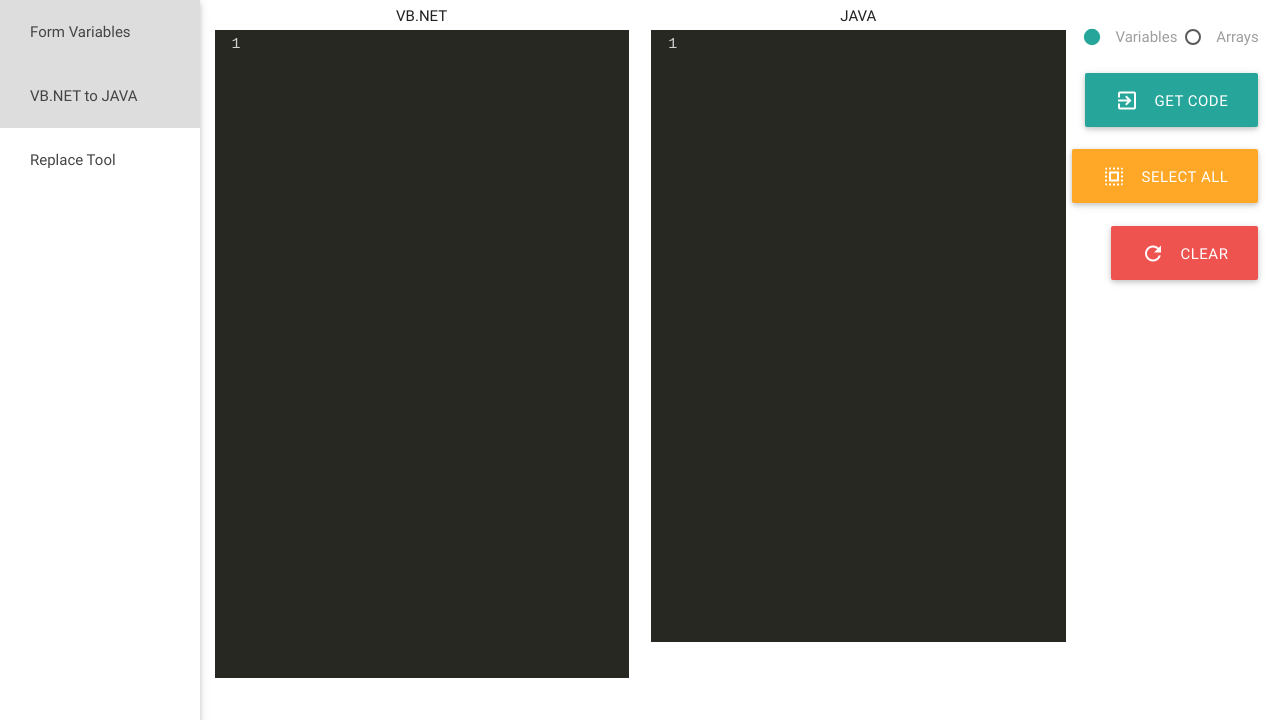
Repository: heyvin/heyvin-tools
Page: http://localhost/tools/convertparams.php
The author's editor kept a record of every edit. The page is drawn from the files as they stood at one moment, then again after the next edit.
The browser window is 1280 px wide. The pictures show the whole page.
The page is run by PHP 8.4 with error messages shown; the project is at /var/www/html/.

Above is the page before.

### tools/convertparams.php
<html>
<head>
	<title>Heyvin's Tools</title>
	<script src="/js/jquery-1.11.2.min.js"></script>
	<link rel="stylesheet" href="/css/materialize.css">
	<!-- CodeMirror Dependencies -->
	<script src="codemirror/lib/codemirror.js"></script>
	<link rel="stylesheet" href="codemirror/lib/codemirror.css">
	<link rel="stylesheet" href="codemirror/theme/monokai.css"></link>
	<script src="codemirror/mode/vb/vb.js"></script>
	<script src="codemirror/mode/clike/clike.js"></script>
	<style>
		.control-wrapper {
			position: relative;
			text-align: right;
			margin-top: 25px;
		}
	</style>
	<script type="text/javascript" src="/js/materialize.js"></script>
	<script type="text/javascript" src="/js/common.js"></script>
</head>
<body>
	<div class="container">
		<header>
			<?php include 'sidebar.php'; ?>
		</header>
		<form id="myForm" method="post">
			<div class="row">
				<div class="col s2 offset-s8 control-wrapper pinned">
					<div class="rdo-container">
						<input type="radio" id="rdoVar" name="rdoButton" checked />
						<label for="rdoVar">Variables</label>
						<input type="radio" id="rdoArr" name="rdoButton" />
						<label for="rdoArr">Arrays</label>
					</div>
					<div class="button-container">
						<br>
						<a href="#" id="btnSubmit" class="waves-effect waves-light btn-large"><i class="mdi-action-exit-to-app left"></i>GET CODE</a>
						<br><br>
						<a href="#" id="btnSelAll" class="waves-effect waves-light btn-large orange lighten-1"><i class="mdi-content-select-all left"></i>SELECT ALL</a>
						<br><br>
						<a href="#" id="btnClear" class="waves-effect waves-light btn-large red lighten-1"><i class="mdi-navigation-refresh left"></i>CLEAR</a>
					</div>
				</div>
				<div class="col s6">
					<div align="center"><h6>VB.NET</h6></div>
					<textarea id="txtVb"></textarea>
				</div>
				<div class="col s6">
					<div align="center"><h6>JAVA</h6></div>
					<textarea id="txtJava"></textarea>
				</div>
			</div>
		</form>
		<script type="text/javascript">
			$(document).ready(function(){

				// CodeMirror
				var cmVb = CodeMirror.fromTextArea(document.getElementById("txtVb"), {
					indentUnit: 4,
					lineWrapping: false,
					lineNumbers: true,
					mode: "vb",
					theme: "monokai"
				});
				cmVb.setSize("100%", "90%");
				var cmJava = CodeMirror.fromTextArea(document.getElementById("txtJava"), {
					indentUnit: 4,
					lineWrapping: false,
					lineNumbers: true,
					mode: "text/x-java",
					readOnly: true,
					theme: "monokai"
				});
				cmJava.setSize("100%", "85%");

				setActive("#convertparams");

				$('.control-wrapper .row').pushpin({ top: $('.control-wrapper').offset().top });

				$("#btnSubmit").click(function() {

					var input = cmVb.getValue();
					var lines = input.split('\n');
					var types = []; // variable type
					var variables = []; // variable name
					var flg_class = []; // whether the variable type is a new class or not

					for(var i = 0; i < lines.length; i++) {

						flg_class[i] = false;
						lines[i] = lines[i].trim();
						if(lines[i][0] == 'P') {

							// search for type declaration in VB, if equivalence's not found, consider it as a new class
							if(lines[i].search("String") != -1) {
								types.push("String");
							} else if(lines[i].search("Long") != -1) {
								types.push("int");
							} else if(lines[i].search("Integer") != -1) {
								types.push("int");
							} else if(lines[i].search("Decimal") != -1) {
								types.push("float");
							} else if(lines[i].search("Boolean") != -1) {
								types.push("boolean");
							} else {
								types.push(lines[i].substring(lines[i].lastIndexOf(" ") + 1));
								flg_class[i] = true;
							}

							// clear head and tail to get variable name only
							lines[i] = lines[i].replace("Public ", "");
							lines[i] = lines[i].slice(0, lines[i].indexOf(" "));

							if(flg_class[i] == false) {

								// if variable type is available in Java
								if(lines[i] == lines[i].toUpperCase()) {

									variables.push(lines[i].toLowerCase());

								} else {

									for(var x = 1; x < lines[i].length; x++) {
										if(lines[i].charAt(x) == lines[i].charAt(x).toUpperCase()) {
											lines[i] = lines[i].slice(0, x) + "_" + lines[i].slice(x);
											x++;
										}
									}
									variables.push(lines[i].toLowerCase());

								}

							} else {

								// if variable type is a new class
								variables.push(lines[i]);

							}

						}

					}

					// concat type + name to create declaration code in Java
					var textToPrint = "";
					for(var i = 0; i < types.length; i++) {
						textToPrint += types[i] + " " + variables[i] + ";" + "\n";
					}
					cmJava.setValue(textToPrint);

				});

				$("#btnClear").click(function() {
					cmVb.setValue("");
					cmJava.setValue("");
				});

				$("#btnSelAll").click(function() {
					cmJava.execCommand("selectAll");
					cmJava.focus();
				});

			});

		</script>
	</div>
</body>
</html>

### tools/sidebar.php
<?php

    echo("

        <ul id='left-nav' class='side-nav fixed' style='width: 200px;'>
        	<li id='formvars' class='bold'>
        		<a href='formvars.php' class='waves-effect waves-teal'>Form Variables</a>
        	</li>
        	<li id='convertparams' class='bold'>
        		<a href='convertparams.php' class='waves-effect waves-teal'>VB.NET to JAVA</a>
        	</li>
        	<li id='replacetool' class='bold'>
        		<a href='replacetool.php' class='waves-effect waves-teal'>Replace Tool</a>
        	</li>
        </ul>

    ");

?>

### tools/codemirror/theme/monokai.css
/* Based on Sublime Text's Monokai theme */

.cm-s-monokai.CodeMirror {background: #272822; color: #f8f8f2;}
.cm-s-monokai div.CodeMirror-selected {background: #49483E !important;}
.cm-s-monokai.CodeMirror ::selection { background: rgba(73, 72, 62, .99); }
.cm-s-monokai.CodeMirror ::-moz-selection { background: rgba(73, 72, 62, .99); }
.cm-s-monokai .CodeMirror-gutters {background: #272822; border-right: 0px;}
.cm-s-monokai .CodeMirror-guttermarker { color: white; }
.cm-s-monokai .CodeMirror-guttermarker-subtle { color: #d0d0d0; }
.cm-s-monokai .CodeMirror-linenumber {color: #d0d0d0;}
.cm-s-monokai .CodeMirror-cursor {border-left: 1px solid #f8f8f0 !important;}

.cm-s-monokai span.cm-comment {color: #75715e;}
.cm-s-monokai span.cm-atom {color: #ae81ff;}
.cm-s-monokai span.cm-number {color: #ae81ff;}

.cm-s-monokai span.cm-property, .cm-s-monokai span.cm-attribute {color: #a6e22e;}
.cm-s-monokai span.cm-keyword {color: #f92672;}
.cm-s-monokai span.cm-string {color: #e6db74;}

.cm-s-monokai span.cm-variable {color: #f8f8f2;}
.cm-s-monokai span.cm-variable-2 {color: #9effff;}
.cm-s-monokai span.cm-variable-3 {color: #66d9ef;}
.cm-s-monokai span.cm-def {color: #fd971f;}
.cm-s-monokai span.cm-bracket {color: #f8f8f2;}
.cm-s-monokai span.cm-tag {color: #f92672;}
.cm-s-monokai span.cm-header {color: #ae81ff;}
.cm-s-monokai span.cm-link {color: #ae81ff;}
.cm-s-monokai span.cm-error {background: #f92672; color: #f8f8f0;}

.cm-s-monokai .CodeMirror-activeline-background {background: #373831 !important;}
.cm-s-monokai .CodeMirror-matchingbracket {
  text-decoration: underline;
  color: white !important;
}

### tools/codemirror/mode/vb/vb.js
// CodeMirror, copyright (c) by Marijn Haverbeke and others
// Distributed under an MIT license: http://codemirror.net/LICENSE

(function(mod) {
  if (typeof exports == "object" && typeof module == "object") // CommonJS
    mod(require("../../lib/codemirror"));
  else if (typeof define == "function" && define.amd) // AMD
    define(["../../lib/codemirror"], mod);
  else // Plain browser env
    mod(CodeMirror);
})(function(CodeMirror) {
"use strict";

CodeMirror.defineMode("vb", function(conf, parserConf) {
    var ERRORCLASS = 'error';

    function wordRegexp(words) {
        return new RegExp("^((" + words.join(")|(") + "))\\b", "i");
    }

    var singleOperators = new RegExp("^[\\+\\-\\*/%&\\\\|\\^~<>!]");
    var singleDelimiters = new RegExp('^[\\(\\)\\[\\]\\{\\}@,:`=;\\.]');
    var doubleOperators = new RegExp("^((==)|(<>)|(<=)|(>=)|(<>)|(<<)|(>>)|(//)|(\\*\\*))");
    var doubleDelimiters = new RegExp("^((\\+=)|(\\-=)|(\\*=)|(%=)|(/=)|(&=)|(\\|=)|(\\^=))");
    var tripleDelimiters = new RegExp("^((//=)|(>>=)|(<<=)|(\\*\\*=))");
    var identifiers = new RegExp("^[_A-Za-z][_A-Za-z0-9]*");

    var openingKeywords = ['class','module', 'sub','enum','select','while','if','function',  'get','set','property', 'try'];
    var middleKeywords = ['else','elseif','case', 'catch'];
    var endKeywords = ['next','loop'];

    var operatorKeywords = ['and', 'or', 'not', 'xor', 'in'];
    var wordOperators = wordRegexp(operatorKeywords);
    var commonKeywords = ['as', 'dim', 'break',  'continue','optional', 'then',  'until',
                          'goto', 'byval','byref','new','handles','property', 'return',
                          'const','private', 'protected', 'friend', 'public', 'shared', 'static', 'true','false'];
    var commontypes = ['integer','string','double','decimal','boolean','short','char', 'float','single'];

    var keywords = wordRegexp(commonKeywords);
    var types = wordRegexp(commontypes);
    var stringPrefixes = '"';

    var opening = wordRegexp(openingKeywords);
    var middle = wordRegexp(middleKeywords);
    var closing = wordRegexp(endKeywords);
    var doubleClosing = wordRegexp(['end']);
    var doOpening = wordRegexp(['do']);

    var indentInfo = null;

    CodeMirror.registerHelper("hintWords", "vb", openingKeywords.concat(middleKeywords).concat(endKeywords)
                                .concat(operatorKeywords).concat(commonKeywords).concat(commontypes));

    function indent(_stream, state) {
      state.currentIndent++;
    }

    function dedent(_stream, state) {
      state.currentIndent--;
    }
    // tokenizers
    function tokenBase(stream, state) {
        if (stream.eatSpace()) {
            return null;
        }

        var ch = stream.peek();

        // Handle Comments
        if (ch === "'") {
            stream.skipToEnd();
            return 'comment';
        }


        // Handle Number Literals
        if (stream.match(/^((&H)|(&O))?[0-9\.a-f]/i, false)) {
            var floatLiteral = false;
            // Floats
            if (stream.match(/^\d*\.\d+F?/i)) { floatLiteral = true; }
            else if (stream.match(/^\d+\.\d*F?/)) { floatLiteral = true; }
            else if (stream.match(/^\.\d+F?/)) { floatLiteral = true; }

            if (floatLiteral) {
                // Float literals may be "imaginary"
                stream.eat(/J/i);
                return 'number';
            }
            // Integers
            var intLiteral = false;
            // Hex
            if (stream.match(/^&H[0-9a-f]+/i)) { intLiteral = true; }
            // Octal
            else if (stream.match(/^&O[0-7]+/i)) { intLiteral = true; }
            // Decimal
            else if (stream.match(/^[1-9]\d*F?/)) {
                // Decimal literals may be "imaginary"
                stream.eat(/J/i);
                // TODO - Can you have imaginary longs?
                intLiteral = true;
            }
            // Zero by itself with no other piece of number.
            else if (stream.match(/^0(?![\dx])/i)) { intLiteral = true; }
            if (intLiteral) {
                // Integer literals may be "long"
                stream.eat(/L/i);
                return 'number';
            }
        }

        // Handle Strings
        if (stream.match(stringPrefixes)) {
            state.tokenize = tokenStringFactory(stream.current());
            return state.tokenize(stream, state);
        }

        // Handle operators and Delimiters
        if (stream.match(tripleDelimiters) || stream.match(doubleDelimiters)) {
            return null;
        }
        if (stream.match(doubleOperators)
            || stream.match(singleOperators)
            || stream.match(wordOperators)) {
            return 'operator';
        }
        if (stream.match(singleDelimiters)) {
            return null;
        }
        if (stream.match(doOpening)) {
            indent(stream,state);
            state.doInCurrentLine = true;
            return 'keyword';
        }
        if (stream.match(opening)) {
            if (! state.doInCurrentLine)
              indent(stream,state);
            else
              state.doInCurrentLine = false;
            return 'keyword';
        }
        if (stream.match(middle)) {
            return 'keyword';
        }

        if (stream.match(doubleClosing)) {
            dedent(stream,state);
            dedent(stream,state);
            return 'keyword';
        }
        if (stream.match(closing)) {
            dedent(stream,state);
            return 'keyword';
        }

        if (stream.match(types)) {
            return 'keyword';
        }

        if (stream.match(keywords)) {
            return 'keyword';
        }

        if (stream.match(identifiers)) {
            return 'variable';
        }

        // Handle non-detected items
        stream.next();
        return ERRORCLASS;
    }

    function tokenStringFactory(delimiter) {
        var singleline = delimiter.length == 1;
        var OUTCLASS = 'string';

        return function(stream, state) {
            while (!stream.eol()) {
                stream.eatWhile(/[^'"]/);
                if (stream.match(delimiter)) {
                    state.tokenize = tokenBase;
                    return OUTCLASS;
                } else {
                    stream.eat(/['"]/);
                }
            }
            if (singleline) {
                if (parserConf.singleLineStringErrors) {
                    return ERRORCLASS;
                } else {
                    state.tokenize = tokenBase;
                }
            }
            return OUTCLASS;
        };
    }


    function tokenLexer(stream, state) {
        var style = state.tokenize(stream, state);
        var current = stream.current();

        // Handle '.' connected identifiers
        if (current === '.') {
            style = state.tokenize(stream, state);
            current = stream.current();
            if (style === 'variable') {
                return 'variable';
            } else {
                return ERRORCLASS;
            }
        }


        var delimiter_index = '[({'.indexOf(current);
        if (delimiter_index !== -1) {
            indent(stream, state );
        }
        if (indentInfo === 'dedent') {
            if (dedent(stream, state)) {
                return ERRORCLASS;
            }
        }
        delimiter_index = '])}'.indexOf(current);
        if (delimiter_index !== -1) {
            if (dedent(stream, state)) {
                return ERRORCLASS;
            }
        }

        return style;
    }

    var external = {
        electricChars:"dDpPtTfFeE ",
        startState: function() {
            return {
              tokenize: tokenBase,
              lastToken: null,
              currentIndent: 0,
              nextLineIndent: 0,
              doInCurrentLine: false


          };
        },

        token: function(stream, state) {
            if (stream.sol()) {
              state.currentIndent += state.nextLineIndent;
              state.nextLineIndent = 0;
              state.doInCurrentLine = 0;
            }
            var style = tokenLexer(stream, state);

            state.lastToken = {style:style, content: stream.current()};



            return style;
        },

        indent: function(state, textAfter) {
            var trueText = textAfter.replace(/^\s+|\s+$/g, '') ;
            if (trueText.match(closing) || trueText.match(doubleClosing) || trueText.match(middle)) return conf.indentUnit*(state.currentIndent-1);
            if(state.currentIndent < 0) return 0;
            return state.currentIndent * conf.indentUnit;
        }

    };
    return external;
});

CodeMirror.defineMIME("text/x-vb", "vb");

});

### js/common.js
function setActive(id) {

	$(id).addClass("active");

}

Loaded but not shown: js/jquery-1.11.2.min.js (library); css/materialize.css (library); tools/codemirror/lib/codemirror.js (library); tools/codemirror/lib/codemirror.css (library); js/materialize.js (library); tools/codemirror/mode/clike/clike.js (556 lines, source omitted)

After the next edit:
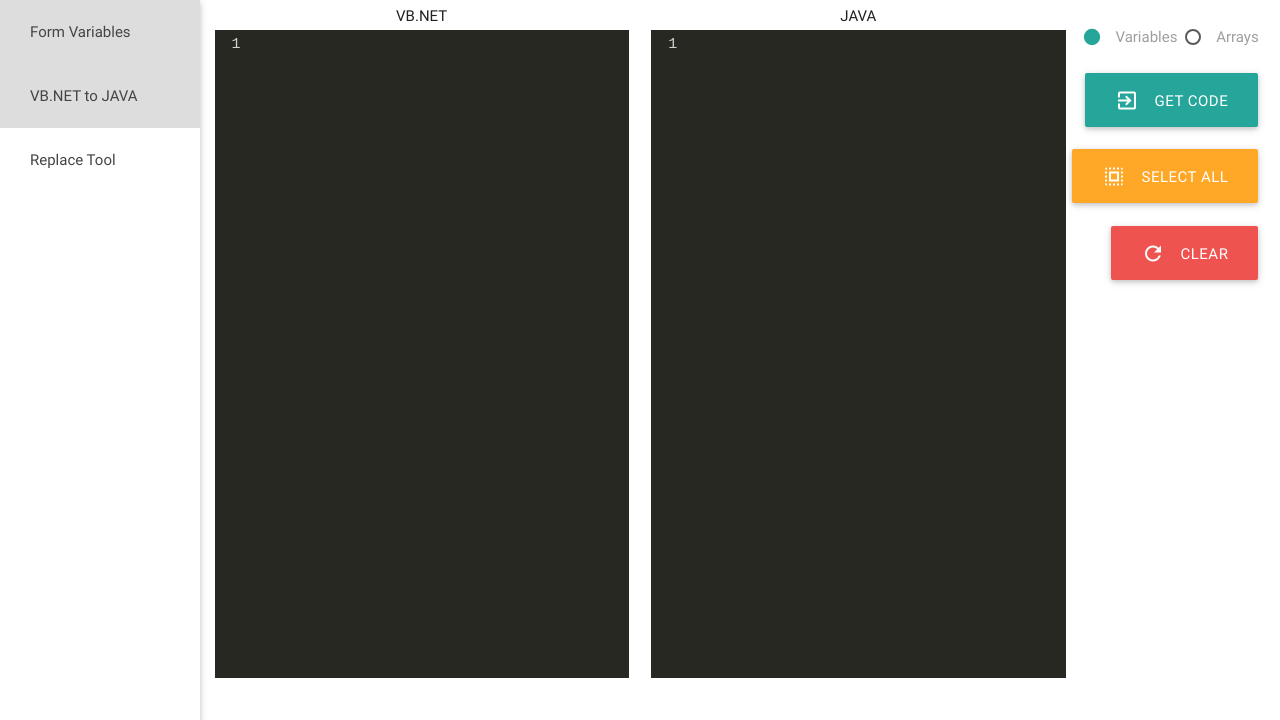
The edit:
--- a/tools/convertparams.php
+++ b/tools/convertparams.php
@@ -53,26 +53,27 @@
 			</div>
 		</form>
 		<script type="text/javascript">
+
+			// CodeMirror
+			var cmVb = CodeMirror.fromTextArea(document.getElementById("txtVb"), {
+				indentUnit: 4,
+				lineWrapping: false,
+				lineNumbers: true,
+				mode: "vb",
+				theme: "monokai"
+			});
+			cmVb.setSize("100%", "90%");
+			var cmJava = CodeMirror.fromTextArea(document.getElementById("txtJava"), {
+				indentUnit: 4,
+				lineWrapping: false,
+				lineNumbers: true,
+				mode: "text/x-java",
+				readOnly: true,
+				theme: "monokai"
+			});
+			cmJava.setSize("100%", "90%");
+
 			$(document).ready(function(){
-
-				// CodeMirror
-				var cmVb = CodeMirror.fromTextArea(document.getElementById("txtVb"), {
-					indentUnit: 4,
-					lineWrapping: false,
-					lineNumbers: true,
-					mode: "vb",
-					theme: "monokai"
-				});
-				cmVb.setSize("100%", "90%");
-				var cmJava = CodeMirror.fromTextArea(document.getElementById("txtJava"), {
-					indentUnit: 4,
-					lineWrapping: false,
-					lineNumbers: true,
-					mode: "text/x-java",
-					readOnly: true,
-					theme: "monokai"
-				});
-				cmJava.setSize("100%", "85%");
 
 				setActive("#convertparams");
 
